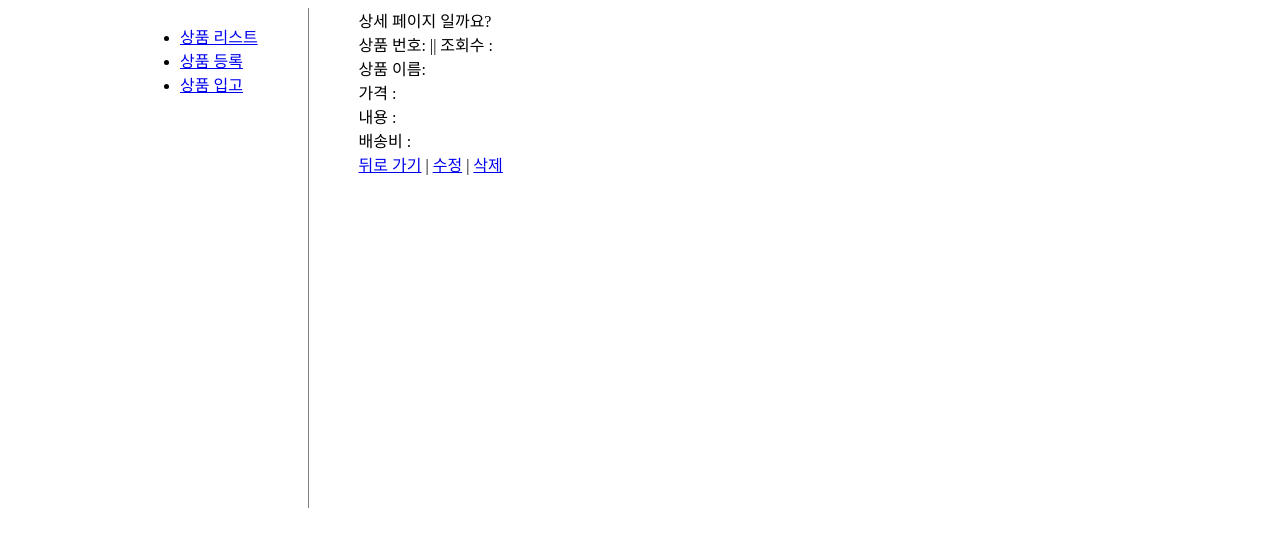
Repository: Ileok/kosa
Page: http://localhost/thymeleaf/goods/goodsDetail
These files come from the project's save history. The page is drawn as it stood at one moment and after the next save; the edit follows.
The browser window is 1280 px wide. The pictures show the whole page.
The page is this project's Thymeleaf template; nobody is signed in. The template is opened directly, without the code that normally fills it, so the values that code supplies are empty.

Above is the page before, as saved 2022-02-08 00:44:20.

After the next save:
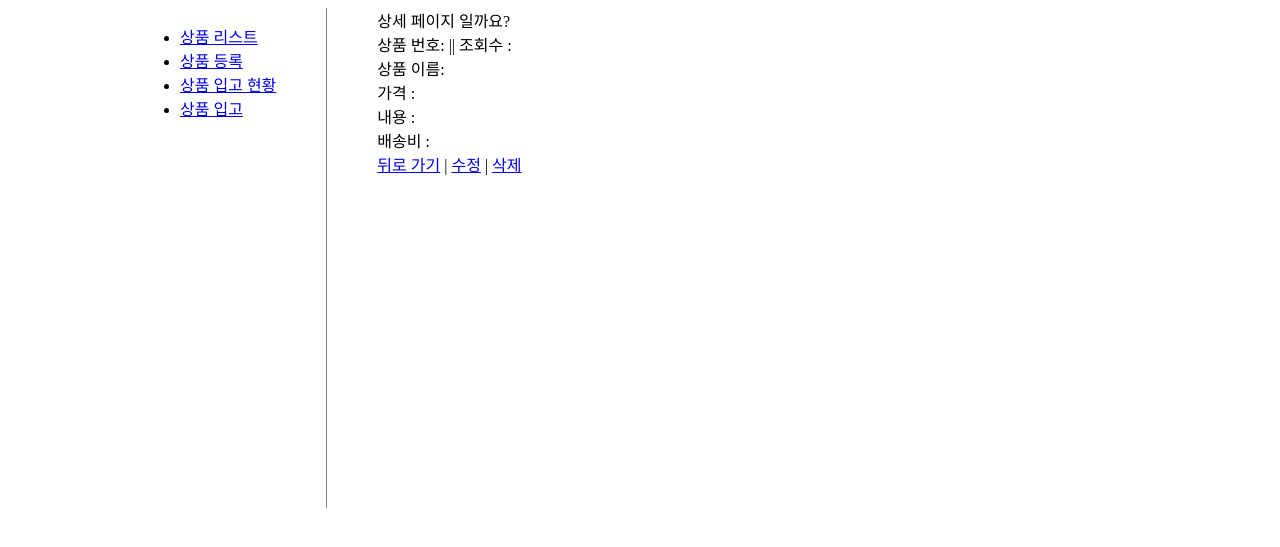
Saved 3 min 59 s later.
--- a/kosaShoppingMall/src/main/resources/templates/thymeleaf/goods/goodsDetail.html
+++ b/kosaShoppingMall/src/main/resources/templates/thymeleaf/goods/goodsDetail.html
@@ -25,6 +25,7 @@ document.onkeydown = noEvent;
 <ul>
 	<li><a href="../goodsList">상품 리스트</a></li>
 	<li><a href="../goodsRegist">상품 등록</a></li>
+	<li><a href="../goodsWhList">상품 입고 현황</a></li>
 	<li><a href="../goodsWh">상품 입고</a></li>
 </ul>
 </div>
